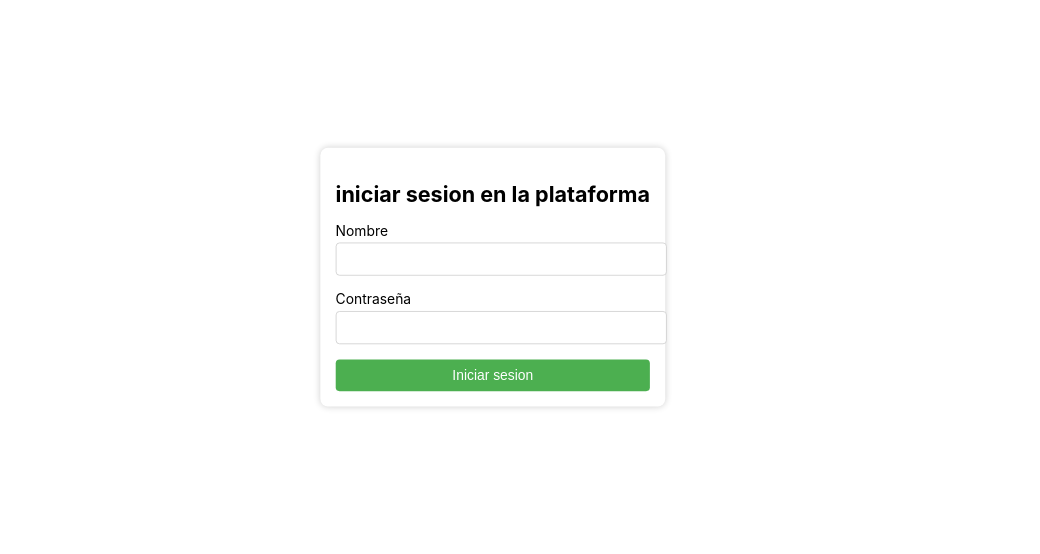
Repository: n0soyHacker/school-administration-app
Page: /
These files come from the project's save history. The page is drawn as it stood at one moment and after the next save; the edit follows.
The browser window is 1280 px wide. The page is 1280 px wide, then 1350 px, then 1280 px, so the pictures cover 1350 px, including what lies to the right of the window. The pictures show the whole page, at 77% of full size.
The project was rebuilt for these pictures with package versions that can differ from the ones it lists, and the page was loaded fresh each time.

Above is the page before, as saved 2023-02-18 19:43:00.

### src/App.js
import './styleForm.css';

function App() {
  return (
    <div className="App">

      <div className="form-container">
        <form>
          <h2>iniciar sesion en la plataforma</h2>
          <div className="form-group">
            <label for="username">Nombre</label>
            <input type="text" id="username" name='username' required></input>
          </div>
          <div className="form-group">
            <label for="password">Contraseña</label>
            <input type="password" id="password" name="password" required></input>
          </div>
          <button type='submit'>Iniciar sesion</button>
        </form>
      </div>

    </div>
  );
}

export default App;

### src/styleForm.css
.App {
  height: 100vh;
  display: flex;
  justify-content: center;
  align-items: center;
}

.form-container {
  max-width: 500px;
  margin: 0 auto;
  background-color: #fff;
  padding: 20px;
  border-radius: 10px;
  box-shadow: 0 0 10px rgba(0, 0, 0, 0.2);
}

h2 {
  text-align: center;
  font-size: 28px;
  margin-bottom: 20px;
}

.form-group {
  margin-bottom: 20px;
  padding: auto;
}

label {
  display: block;
  margin-bottom: 5px;
  font-size: 18px;
}

input {
  width: 100%;
  padding: 10px;
  font-size: 18px;
  border-radius: 5px;
  border: 1px solid #ccc;
}

button[type="submit"] {
  display: block;
  width: 100%;
  padding: 10px;
  background-color: #4CAF50;
  color: #fff;
  font-size: 18px;
  border: none;
  border-radius: 5px;
  cursor: pointer;
  transition: background-color 0.2s;
}

button[type="submit"]:hover {
  background-color: #3e8e41;
}

Loaded but not shown: public/index.html (common file); src/index.js (common file); src/index.css (common file); src/reportWebVitals.js (common file)

After the next save:
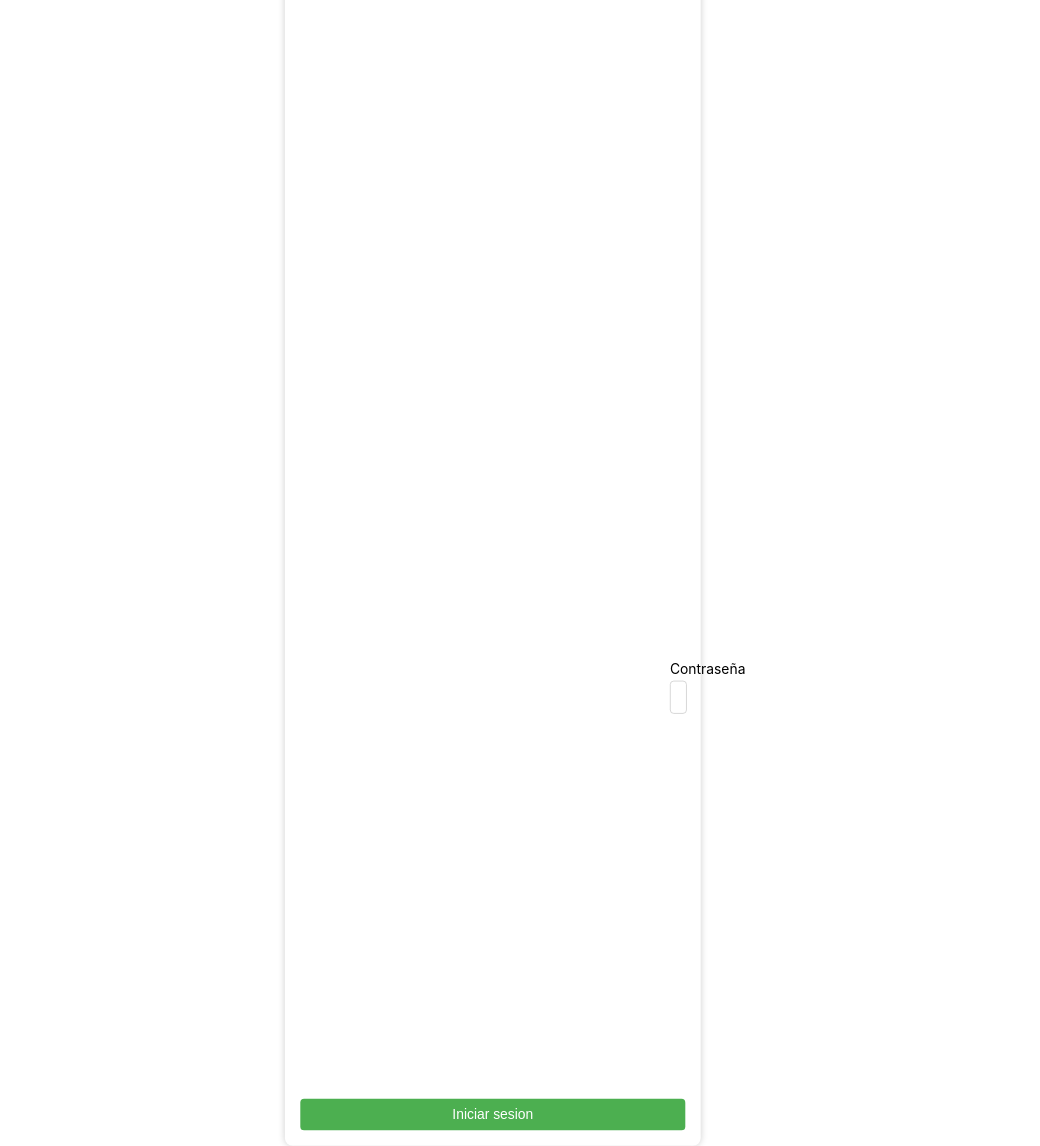
Saved 21 s later.
--- a/src/styleForm.css
+++ b/src/styleForm.css
@@ -22,7 +22,7 @@
 
 .form-group {
   margin-bottom: 20px;
-  padding: auto;
+  padding: 30em;
 }
 
 label {

After the save that followed:
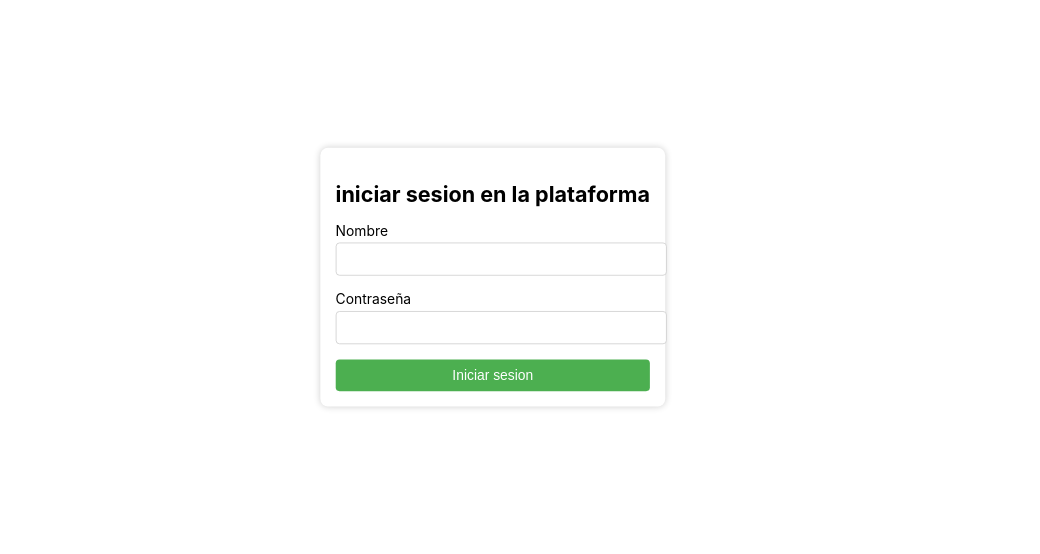
Saved 6 s later.
--- a/src/styleForm.css
+++ b/src/styleForm.css
@@ -22,7 +22,7 @@
 
 .form-group {
   margin-bottom: 20px;
-  padding: 30em;
+  padding: auto;
 }
 
 label {
